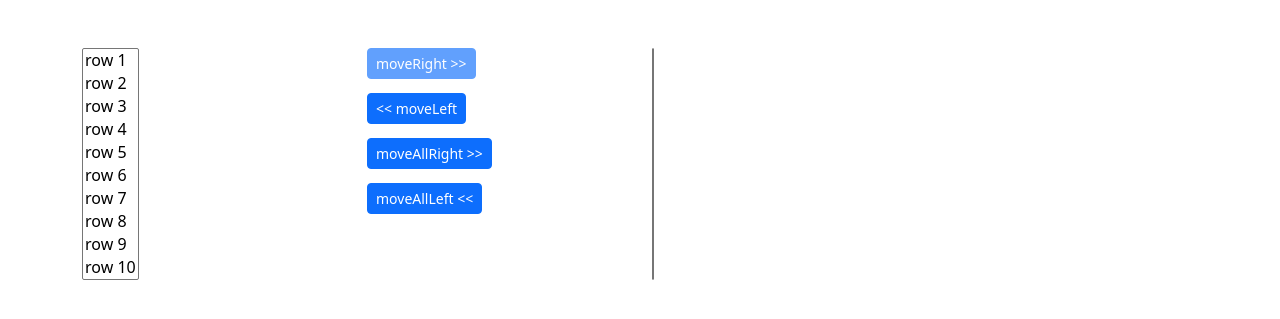
Repository: ishanbassi/iotasol-assignments
Page: /iotasol/work-10
An editor plug-in stored every save of this project. The page is shown before and after the next save, followed by the edit.
The browser window is 1280 px wide. The pictures show the whole page.
The project was rebuilt for these pictures with package versions that can differ from the ones it lists, and the page was loaded fresh each time. Some packages were replaced by stand-ins written for this rebuild. The framework's server and built-in components were replaced by stand-ins that run in the browser.

Above is the page before, as saved 2022-11-11 17:30:00.

After the next save:
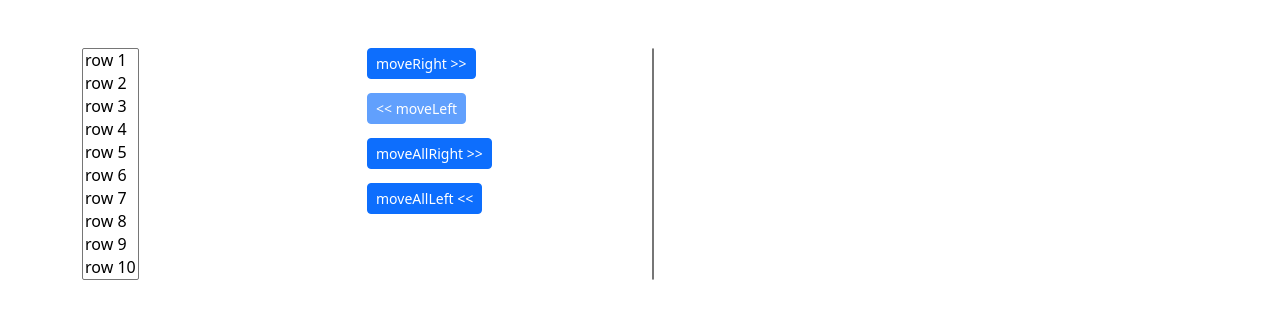
Saved 101 s later.
--- a/pages/iotasol/work-10.tsx
+++ b/pages/iotasol/work-10.tsx
@@ -35,8 +35,8 @@ export default function App() {
                     </select>
                 </Col>
                 <Col md="3">
-                        <Button size="sm" onClick={moveRight} className="btn-10" disabled={select1Values.length > 0}>moveRight &gt;&gt;</Button>
-                        <Button size="sm" onClick={moveLeft} className="btn-10" disabled={select2Values.length > 0}>&lt;&lt; moveLeft</Button>
+                        <Button size="sm" onClick={moveRight} className="btn-10" disabled={select1Values.length > 0 ? false : true}>moveRight &gt;&gt;</Button>
+                        <Button size="sm" onClick={moveLeft} className="btn-10" disabled={select2Values.length > 0 ? false : true}>&lt;&lt; moveLeft</Button>
                         <Button size="sm" onClick={moveAllRight} className="btn-10">moveAllRight &gt;&gt;</Button>
                         <Button size="sm" onClick={moveAllLeft} className="btn-10">moveAllLeft &lt;&lt;</Button>
                 </Col>
